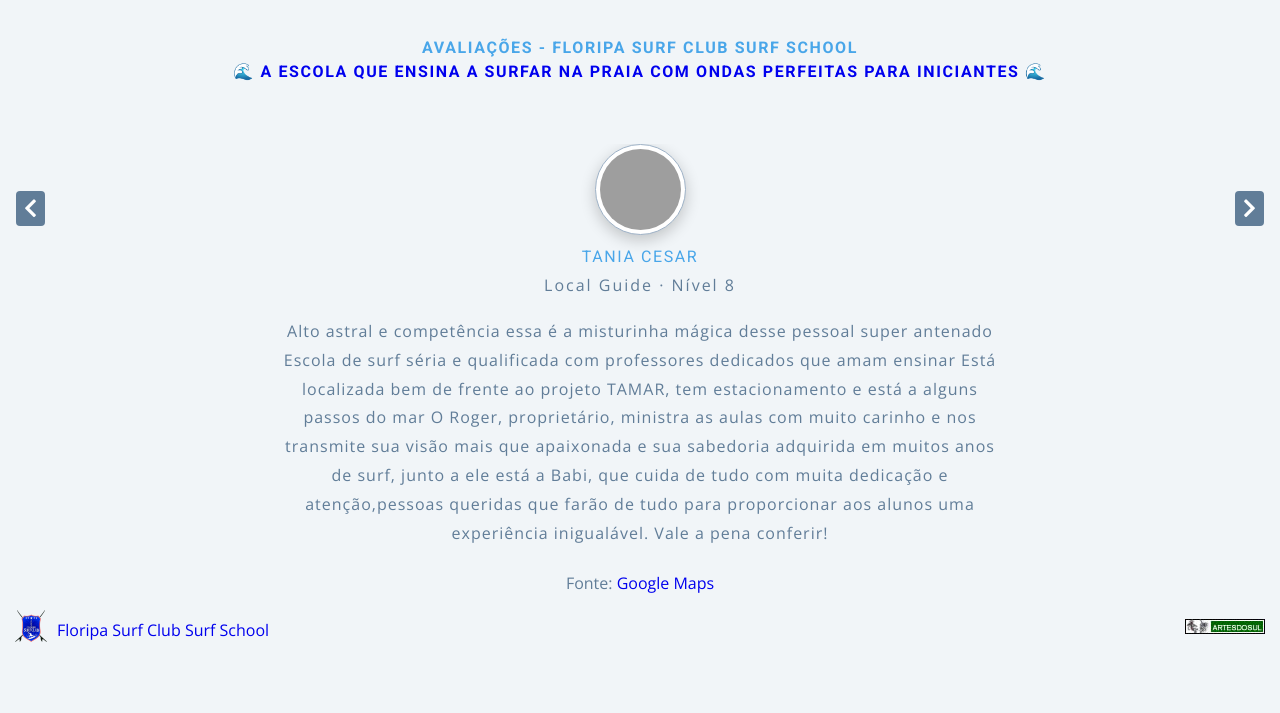
Repository: araguaci/floripasurfclub-reviews
Page: index.html
These files come from the project's save history. The page is drawn as it stood at one moment and after the next save; the edit follows.
The browser window is 1280 px wide. The pictures show the whole page.
Pictures or frames that could not be fetched are drawn as grey boxes. Some web libraries are served in a nearby version.

Above is the page before, as saved 2021-08-23 21:19:14.

After the next save:
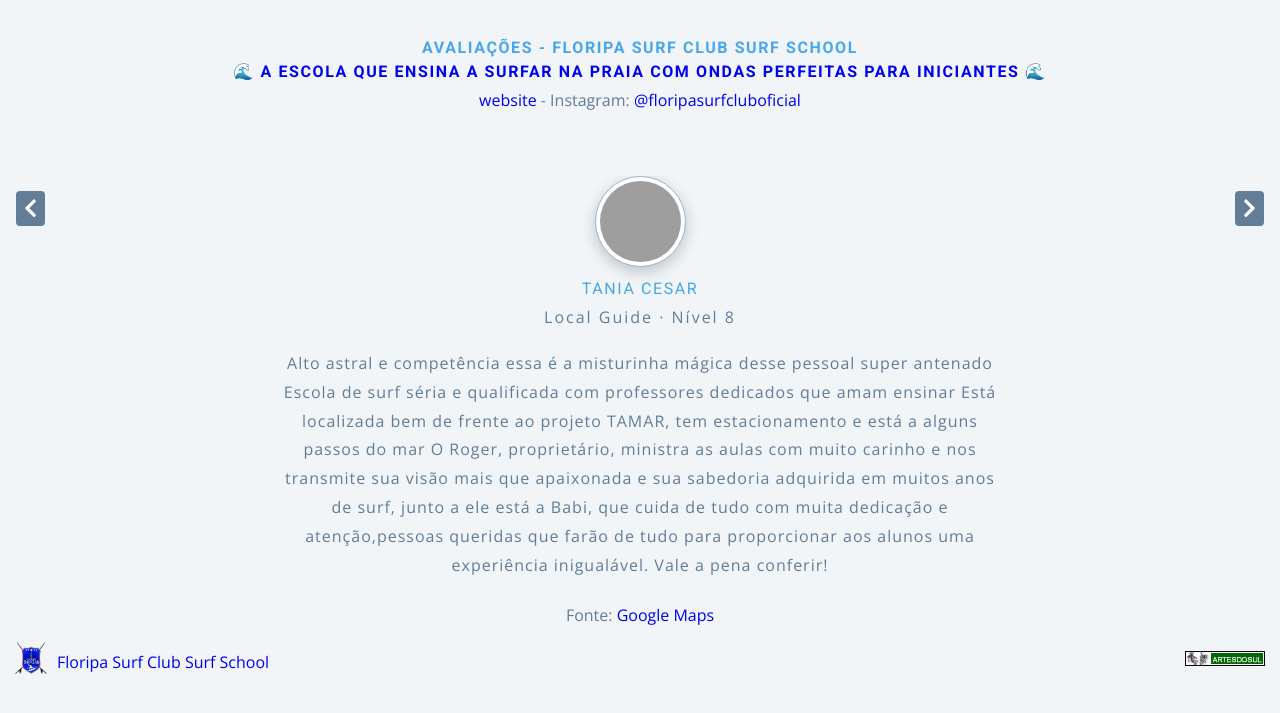
Saved 7 min 28 s later.
--- a/index.html
+++ b/index.html
@@ -35,6 +35,7 @@
       <div class="reviews">
         <h4>Avaliações - Floripa Surf Club Surf School</h4>
         <h4><a href="http://www.floripasurfclub.com.br/">🌊 A escola que ensina a surfar na praia com ondas perfeitas para iniciantes 🌊</a></h4>
+        <p><a href="http://www.floripasurfclub.com.br/">website</a> - Instagram: <a href="https://www.instagram.com/floripasurfcluboficial/">@floripasurfcluboficial</a></p>
       </div>
       <div class="slide-container">
         <!-- <article class="slide">
@@ -54,7 +55,6 @@
             <i class="fas fa-quote-right"></i>
           </div>
         </article> -->
-        <p>Fonte: <a href="https://www.google.com/maps/place/Floripa+Surf+Club+Surf+School/@-27.5722772,-48.4276483,3a,75y/data=!3m7!1e2!3m5!1sAF1QipNeZv-e5wVZk1upf5xb2Mxlu2Z3TG-rbVS8ihxQ!2e10!6shttps:%2F%2Flh5.googleusercontent.com%2Fp%2FAF1QipNeZv-e5wVZk1upf5xb2Mxlu2Z3TG-rbVS8ihxQ%3Dw150-h150-k-no-p!7i720!8i720!4m11!1m2!2m1!1sfloripa+surfclub!3m7!1s0x95273f5658129455:0xe63707f3e5b0a90b!8m2!3d-27.5722772!4d-48.4276483!9m1!1b1!15sChBmbG9yaXBhIHN1cmZjbHVikgENc3BvcnRzX3NjaG9vbA">Google Maps</a></p>
       </div>
       <!-- buttons -->
       <!-- prev btn -->
